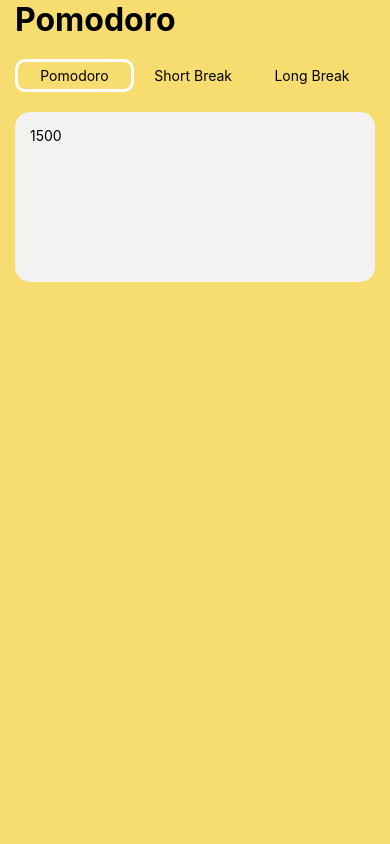
Repository: rchavarria77/pomodoro-app
Screen: /
An editor plug-in stored every save of this project. The screen is shown before and after the next save, followed by the edit.
The app was drawn by React Native's web renderer in a window 390 px wide. The project was rebuilt for these pictures with package versions that can differ from the ones it lists, and the page was loaded fresh each time.

Above is the screen before, as saved 2024-02-01 00:59:53.

After the next save:
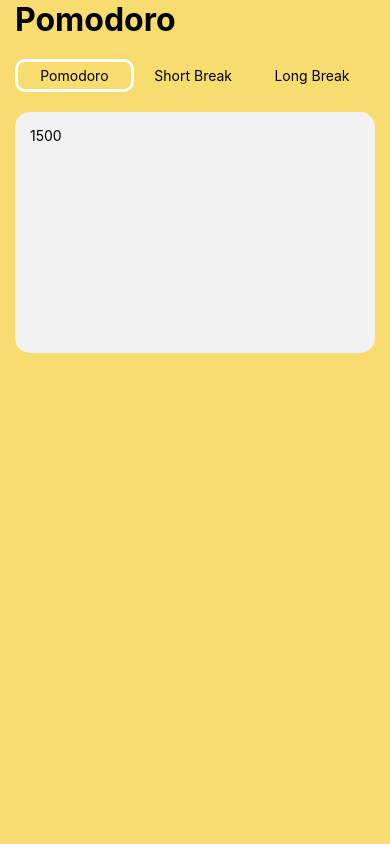
Saved 4 s later.
--- a/src/components/Timer.jsx
+++ b/src/components/Timer.jsx
@@ -10,7 +10,7 @@ export const Timer = ({ time }) => {
 
 const styles = StyleSheet.create({
   container: {
-    flex: 0.2,
+    flex: 0.3,
     backgroundColor: '#F2F2F2',
     padding: 15,
     borderRadius: 15,
